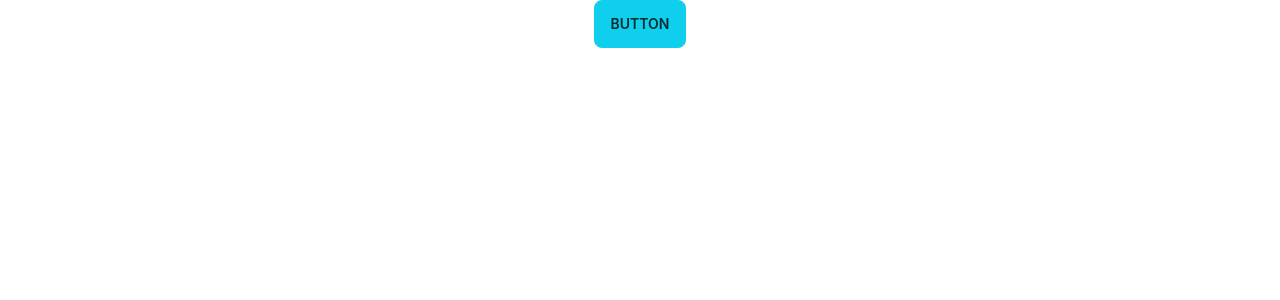
Repository: Tanvir3744/Doctors-client-website
Page: /appointment
The author's editor kept a copy of each file at every save. The page is drawn from the files as they stood at one save, then again after the next save.
The browser window is 1280 px wide. The pictures show the whole page.
The project was rebuilt for these pictures with package versions that can differ from the ones it lists, and the page was loaded fresh each time.

Above is the page before, as saved 2022-05-24 20:11:23.

### src/index.js
import React from 'react';
import ReactDOM from 'react-dom/client';
import './index.css';
import App from './App';
import reportWebVitals from './reportWebVitals';
import { BrowserRouter } from 'react-router-dom'

const root = ReactDOM.createRoot(document.getElementById('root'));
root.render(
  <BrowserRouter>
    <React.StrictMode>
      <App />
    </React.StrictMode>
  </BrowserRouter>
);

// If you want to start measuring performance in your app, pass a function
// to log results (for example: reportWebVitals(console.log))
// or send to an analytics endpoint. Learn more: https://bit.ly/CRA-vitals
reportWebVitals();

### src/App.js
import logo from './logo.svg';
import './App.css';
import {Routes, Route} from 'react-router-dom'

function App() {
  return (
    <div className="App">
     <button class="btn btn-primary">Button</button>
    </div>
  );
}

export default App;

### tailwind.config.js
module.exports = {
  content: ["./src/**/*.{html,js}"],
  theme: {
    extend: {},
  },
  daisyui: {
    themes: [
      {

        mytheme: {
          primary: "#0FCFEC",
          secondary: "#f6d860",
          accent: "#37cdbe",
          neutral: "#3d4451",
          "base-100": "#ffffff",
        },
      },
      "dark",
      "cupcake",
    ],
  },
  plugins: [require("daisyui")],
}

Loaded but not shown: public/index.html (common file); src/index.css (common file); src/reportWebVitals.js (common file); src/App.css (common file)

After the next save:
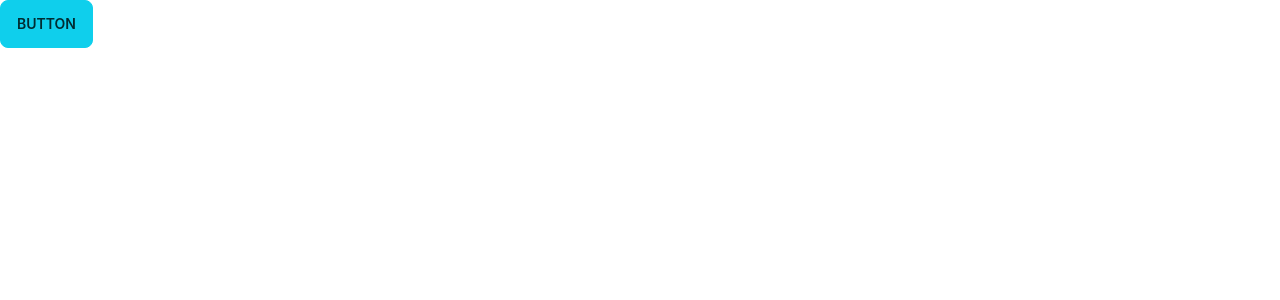
Saved 10 s later.
--- a/src/App.js
+++ b/src/App.js
@@ -1,5 +1,4 @@
-import logo from './logo.svg';
-import './App.css';
+
 import {Routes, Route} from 'react-router-dom'
 
 function App() {
